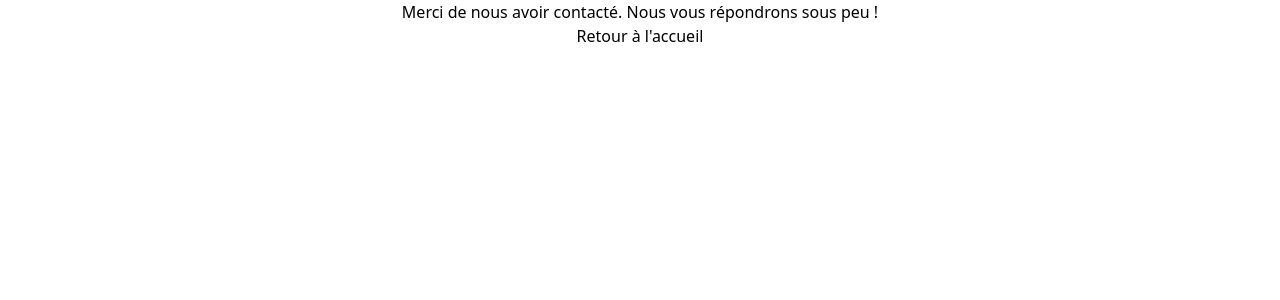
Repository: CarmenFerlatte/TP3__FerlatteCarmen
Page: confirmation.html
These files come from the project's save history. The page is drawn as it stood at one moment and after the next save; the edit follows.
The browser window is 1280 px wide. The pictures show the whole page.
Some web libraries are served in a nearby version. The style sheet was rebuilt from its Sass, Less or Tailwind sources for each picture, by a compiler version that may differ from the author's.

Above is the page before, as saved 2024-08-29 12:32:15.

### confirmation.html
<!DOCTYPE html>
<html lang="en">
<head>
    <meta charset="UTF-8">
    <meta name="viewport" content="width=device-width, initial-scale=1.0">
    <title>Confirmation</title>
    <script src="https://cdn.tailwindcss.com"></script>
    <link href="https://cdn.jsdelivr.net/npm/tailwindcss@2.2.19/dist/tailwind.min.css" rel="stylesheet">
    <link rel="stylesheet" href="https://cdnjs.cloudflare.com/ajax/libs/font-awesome/6.4.0/css/all.min.css">
    <link rel="stylesheet" href="style/css/style.css">
    <link rel="manifest" href="manifest.json">
    <link rel="icon" href="favicon.ico" type="image/x-icon">
    <meta name="description" content="Carmen Ferlatte, web designer et étudiante en développement web front-end. Présentation de mon portefolio et services de Webmestre.">
    <meta name="apple-mobile-web-app-capable" content="yes" >
    <meta name="apple-mobile-web-app-status-bar-style" content="black" >
    <meta name="apple-mobile-web-app-title" content="Portefolio" >
    <meta name="theme-color" content="black">
    <link rel="apple-touch-icon" href="img/icons/icon-192x192.png">
    <script src="https://code.jquery.com/jquery-3.6.0.min.js"></script>
</head>
<body>
    <main>
        <section class="container">
            <div class="containerrow">
                <div class="col-12 text-center">
                    <h1>Merci de nous avoir contacté. Nous vous répondrons sous peu !</h1>
                    <a class="cursor-pointer" href="index.html" title="Retour à la page d'accueil">Retour à l'accueil</a>
                </div>
            </div>
    </main>
</body>
</html>

### style/sass/style.scss
@use "navbar" as *;
@use "caroussel" as *;
@use "animate" as *;
@use "option" as *;
@use "calendrier" as *;

### style/sass/_navbar.scss
@keyframes neon-pulse {
    0%, 100% {
        text-shadow: 0 0 5px #fff, 0 0 10px #fff, 0 0 15px #fff, 0 0 20px #0891b2, 0 0 35px #0891b2, 0 0 40px #0891b2, 0 0 50px #0891b2, 0 0 75px #0891b2;
    }
    50% {
        text-shadow: 0 0 2px #fff, 0 0 5px #fff, 0 0 7px #fff, 0 0 10px #0891b2, 0 0 17px #0891b2, 0 0 20px #0891b2, 0 0 25px #0891b2, 0 0 37px #0891b2;
    }
}

.neon-text {
    animation: neon-pulse 1.5s infinite alternate;
}

.bg-animated {
    background: linear-gradient(-45deg, #000000, #1a1a1a, #000033, #003366);
    background-size: 400% 400%;
    animation: gradient 15s ease infinite;
}

@keyframes gradient {
    0% { background-position: 0% 50%; }
    50% { background-position: 100% 50%; }
    100% { background-position: 0% 50%; }
}

.cyber-grid {
    background-image:
        linear-gradient(rgba(0, 255, 255, 0.1) 1px, transparent 1px),
        linear-gradient(90deg, rgba(0, 255, 255, 0.1) 1px, transparent 1px);
    background-size: 20px 20px;
    animation: cyber-grid-move 20s linear infinite;
}

@keyframes cyber-grid-move {
    0% { background-position: 0 0; }
    100% { background-position: 20px 20px; }
}



.nav-link {
    position: relative;
    overflow: hidden;

        &::before {
            content: '';
            position: absolute;
            bottom: 0;
            left: 0;
            width: 100%;
            height: 2px;
            background-color: #0891b2;
            transform: translateX(-100%);
            transition: transform 0.3s ease;
        }

       &:hover::before {
            transform: translateX(0);
        }

        &::after {
            content: attr(data-text);
            position: absolute;
            top: 0;
            left: 0;
            width: 100%;
            height: 100%;
            display: flex;
            align-items: center;
            justify-content: center;
            transform: translateY(100%);
            background: linear-gradient(to bottom, #0891b2, rgb(103, 232, 249));
            -webkit-background-clip: text;
            background-clip: text;
            -webkit-text-fill-color: transparent;
            transition: transform 0.3s ease;
        }

        &:hover::after {
            transform: translateY(0);
        }
}


.glitch-effect {
    position: relative;

    &::before,
    &::after {
        content: attr(data-text);
        position: absolute;
        top: 0;
        left: 0;
        width: 100%;
        height: 100%;
        opacity: 0.8;
    }

    &::before {
        left: 2px;
        text-shadow: -2px 0 rgb(236, 72, 153);
        clip: rect(24px, 550px, 90px, 0);
        animation: glitch-anim 3s infinite linear alternate-reverse;
    }

    &::after {
        left: -2px;
        text-shadow: -2px 0 #0891b2;
        clip: rect(85px, 550px, 140px, 0);
        animation: glitch-anim 2s infinite linear alternate-reverse;
    }

}



@keyframes glitch-anim {
    0% { clip: rect(39px, 9999px, 71px, 0); }
    20% { clip: rect(3px, 9999px, 5px, 0); }
    40% { clip: rect(6px, 9999px, 38px, 0); }
    60% { clip: rect(13px, 9999px, 43px, 0); }
    80% { clip: rect(44px, 9999px, 93px, 0); }
    100% { clip: rect(54px, 9999px, 47px, 0); }
}

#menu-toggle {
    &:checked {
        ~ .menu {
            display: block;
        }

        ~ .menu-icon {
            .hamburger {
                transform: rotate(45deg);

                &::before {
                    transform: translateY(8px) rotate(90deg);
                }

                &::after {
                    transform: translateY(-8px) rotate(90deg);
                }
            }
        }
    }
}

.hamburger,
.hamburger::before,
.hamburger::after {
    content: '';
    display: block;
    background: #0891b2;
    height: 3px;
    width: 30px;
    transition: transform 0.5s cubic-bezier(0.23, 1, 0.32, 1);
}

.hamburger {
    &::before {
        transform: translateY(-8px);
    }

    &::after {
        transform: translateY(8px);
    }
}

@media (max-width: 768px) {
    .menu {
        position: fixed;
        top: 60px;
        left: 0;
        right: 0;
        width: 100%;
        height: 0;
        background: rgba(0, 0, 0, 0.9);
        overflow: hidden;
        transition: height 0.5s cubic-bezier(0.23, 1, 0.32, 1);
        text-align: right;
        padding-right: 20px;
        padding-top: 20px;

        a {
            display: block;
            font-size: 1.2rem;
            padding: 10px 0;
            text-decoration: underline 2px #0891b2;

            &:hover {
                color: #0891b2;
                text-decoration: none;
                cursor: pointer;
            }
        }
    }

    #menu-toggle:checked ~ .menu {
        height: calc(100vh - 60px);
    }
}

@media (max-width: 640px) {
    .no-glitch {
        animation: none !important;
    }
}

/*-------------Invisible Navbar-------------*/

.navbar-hidden {
    transform: translateY(-100%);
    transition: transform 0.3s ease-in-out;
}

### style/sass/_caroussel.scss
.carousel-control {
    position: absolute;
    top: 0;
    z-index: 30;
    display: flex;
    align-items: center;
    justify-content: center;
    height: 100%;
    padding: 0 1rem;
    cursor: pointer;
    outline: none;

    &-prev {
    left: 0;
    }

    &-next {
    right: 0;
    }

    span {
    display: inline-flex;
    align-items: center;
    justify-content: center;
    width: 2.5rem;
    height: 2.5rem;
    border-radius: 50%;
    background-color: rgba(0, 0, 0, 0.3);
    transition: background-color 0.3s;

        &:hover {
        background-color: rgba(0, 0, 0, 0.5);
        }

        svg {
        width: 1rem;
        height: 1rem;
        color: white;
        }

        .sr-only {
        position: absolute;
        width: 1px;
        height: 1px;
        padding: 0;
        margin: -1px;
        overflow: hidden;
        clip: rect(0, 0, 0, 0);
        border: 0;
        }

    }
}

### style/sass/_animate.scss
@keyframes slide-in-right {
  0% {
    transform: translateX(100%);
    opacity: 0;
  }
  100% {
    transform: translateX(0);
    opacity: 1;
  }
}

.animate-slide-in-right {
  animation: slide-in-right 0.5s ease-out forwards;
}

### style/sass/_option.scss
/*---------- Menu sélectionné ----------*/

.custom-select option:hover {
    background-color: #0891b2;
}

### style/sass/_calendrier.scss

.calendar-iframe {
  border: 0;
  width: 100%;
  height: 650px;

}

After the next save:
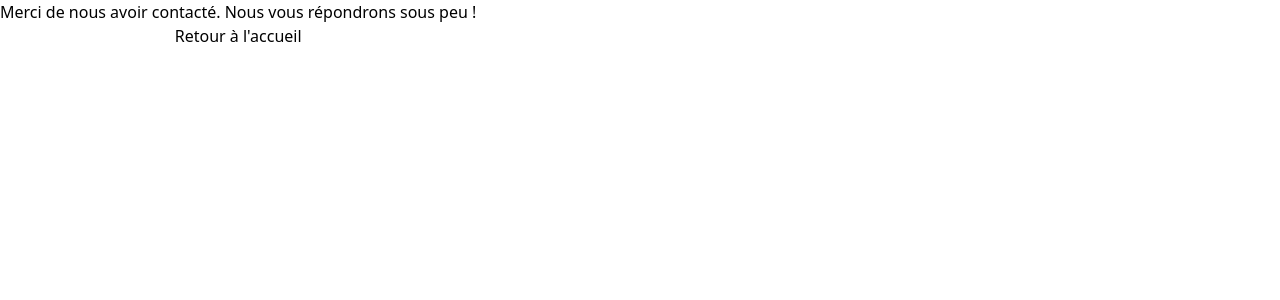
Saved 4 s later.
--- a/confirmation.html
+++ b/confirmation.html
@@ -21,7 +21,7 @@
 <body>
     <main>
         <section class="container">
-            <div class="containerrow">
+            <div class="container flex row">
                 <div class="col-12 text-center">
                     <h1>Merci de nous avoir contacté. Nous vous répondrons sous peu !</h1>
                     <a class="cursor-pointer" href="index.html" title="Retour à la page d'accueil">Retour à l'accueil</a>

After the 4 saves that followed:
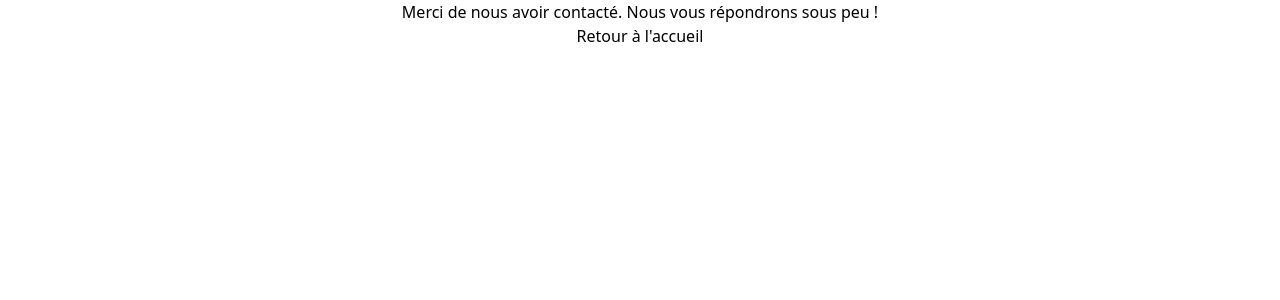
The 4 saves are shown as one change because 2 left the picture as it was and some came seconds apart.
The last was saved 35 s later.
--- a/confirmation.html
+++ b/confirmation.html
@@ -20,8 +20,8 @@
 </head>
 <body>
     <main>
-        <section class="container">
-            <div class="container flex row">
+        <section>
+            <div class="corow ">
                 <div class="col-12 text-center">
                     <h1>Merci de nous avoir contacté. Nous vous répondrons sous peu !</h1>
                     <a class="cursor-pointer" href="index.html" title="Retour à la page d'accueil">Retour à l'accueil</a>
